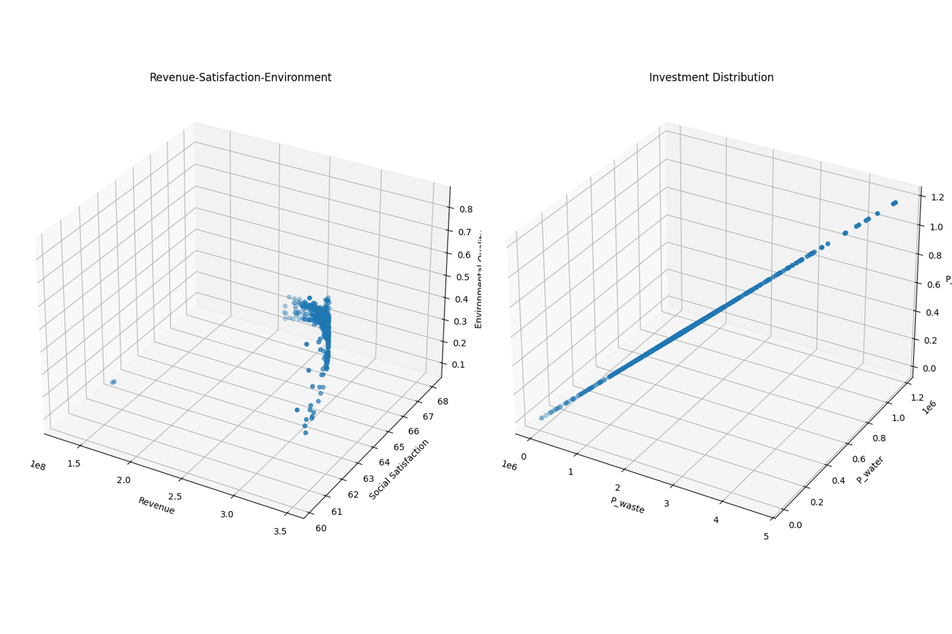
Repository: Kevinye0116/MCM
Script's output: python Coding/trial3s1.py
The author's editor kept a copy of each file at every save. The script's output is drawn from the files as they stood at one save, then again after the next save.
The pictures are shown at 68% of full size.
Each picture stacks the figures in order, with grey between them; figures that are only written to a file come last. Figures wider than 1,400 px are first shrunk to that width. Random numbers start from a fixed seed.

Above is the script's output before, as saved 2025-01-26 09:09:46.

### Coding/trial3s1.py
from typing import List, Tuple

import matplotlib.pyplot as plt
import numpy as np
from mpl_toolkits.mplot3d import Axes3D


class TourismOptimization:
    def __init__(self):
        # 模型系数
        self.k1 = 0.5  # 环保投资效率系数
        self.k2 = 0.3  # 碳排放影响系数
        self.k3 = 0.2  # 自然恢复系数
        self.k4 = 0.15  # 基础设施发展系数
        self.k5 = 0.20  # 废物处理投资系数
        self.k6 = 0.05  # 水资源投资系数
        self.k7 = 0.05  # 环保投资系数

        # 社会满意度参数
        self.a1 = -1.975284171471327e-11  # 游客数量对居民满意度的影响系数
        self.a2 = 4.772497706879391e-05  # 旅游税对游客满意度的影响系数
        self.a3 = 0.015  # 消费水平对游客满意度的影响系数
        self.b1 = 39.266042633247565  # 居民基础满意度
        self.b2 = 60  # 游客基础满意度

        # 约束条件上限
        self.Nt_max = 5000000  # 最大游客数量
        self.tau_max = 7  # 最大旅游税
        self.Pt = 190  # 固定游客消费为常数
        self.Pt_max = 190  # 更新最大游客消费为固定值
        self.CO2_max = 500000  # 最大碳排放量
        self.E = 0  # 最小环境质量指数

        # 其他参数
        self.CO2p = 0.184  # 人均碳排放量

        # 系统动态参数
        self.dt = 0.1  # 时间步长

        # 新增参数
        self.Cwater = 18900000  # 水资源容量
        self.Cwaste = 2549110  # 废物处理容量
        self.a4 = 0.01  # 游客数量对游客满意度的影响系数
        self.b3 = 10  # 废物处理基准增长率

        # 新增影响系数
        self.k8 = 0.1  # 环保投资对碳排放的影响系数
        self.k9 = 0.4  # 废物处理投资对废物处理容量的影响系数
        self.k10 = 0.1  # 水资源投资对水资源容量的影响系数

        # 初始容量
        self.CO2p_initial = 0.184  # 初始人均碳排放量
        self.Cwaste_initial = 2549110  # 初始废物处理容量
        self.Cwater_initial = 18900000  # 初始水资源容量

    def calculate_revenue(self, x: np.ndarray) -> float:
        """计算总收入"""
        Nt, tau_t = x
        return self.Pt * Nt  # 使用固定的Pt值

    def calculate_social_satisfaction(self, x: np.ndarray) -> float:
        """计算社会满意度，确保满意度在0-100范围内"""
        Nt, tau_t = x

        # 居民满意度包含二次项
        S_residents = self.a1 * Nt * Nt + self.a2 * Nt + self.b1
        # 限制居民满意度在0-100范围内
        S_residents = np.clip(S_residents, 0, 100)

        # 游客满意度
        # S_tourists = self.a3 * self.Pt + self.a4 * Nt + self.b2
        # 限制游客满意度在0-100范围内
        # S_tourists = np.clip(S_tourists, 0, 100)

        # 加权平均
        return S_residents

    def calculate_adjusted_capacities(
        self, x: np.ndarray
    ) -> Tuple[float, float, float]:
        """计算投资后的调整容量"""
        P_waste, P_water, P_e = self.calculate_investments(x)

        # 计算调整后的容量
        CO2p_adjusted = self.CO2p_initial - self.k8 * P_e
        Cwaste_adjusted = self.Cwaste_initial - self.k9 * P_waste
        Cwater_adjusted = self.Cwater_initial - self.k10 * P_water

        # 确保容量不会变为负值
        CO2p_adjusted = max(0, CO2p_adjusted)
        Cwaste_adjusted = max(0, Cwaste_adjusted)
        Cwater_adjusted = max(0, Cwater_adjusted)

        return CO2p_adjusted, Cwaste_adjusted, Cwater_adjusted

    def calculate_environmental_quality(self, x: np.ndarray) -> float:
        """计算环境质量指数"""
        Nt, tau_t = x
        CO2p_adj, Cwaste_adj, Cwater_adj = self.calculate_adjusted_capacities(x)

        return (
            self.k1 * CO2p_adj * Nt / self.CO2_max
            + self.k2 * Nt / Cwaste_adj
            + self.k3 * Nt / Cwater_adj
        )

    # def calculate_dCwaste_dt(self, x: np.ndarray) -> float:
    #     """计算废物处理容量的变化率 dCwaste/dt"""
    #     Nt, tau_t = x
    #     Pb = self.k5 * tau_t * Nt  # 基础设施投资
    #     return self.k4 * Pb + self.b3

    def calculate_investments(self, x: np.ndarray) -> Tuple[float, float, float]:
        """计算三种投资金额"""
        Nt, tau_t = x
        Re = self.calculate_revenue(x)  # 总收入
        P_waste = self.k5 * tau_t * Re / 100  # 废物处理投资
        P_water = self.k6 * tau_t * Re / 100  # 水资源投资
        P_e = self.k7 * tau_t * Re / 100  # 环保投资
        return P_waste, P_water, P_e

    def constraints(self, x: np.ndarray) -> List[float]:
        """检查所有约束条件"""
        Nt, tau_t = x
        CO2p_adj, Cwaste_adj, Cwater_adj = self.calculate_adjusted_capacities(x)

        constraints = [
            self.Nt_max - Nt,  # 游客数量上限约束
            self.tau_max - tau_t,  # 旅游税上限约束
            self.CO2_max - Nt * CO2p_adj,  # 使用调整后的碳排放约束
            self.a1 * Nt * Nt + self.a2 * Nt + self.b1 - 60,  # 居民满意度最低要求
            Nt,  # 游客数量非负
            tau_t,  # 旅游税非负
            0.4 - (self.k5 + self.k6 + self.k7),  # 投资系数和的约束
            Cwaste_adj,  # 确保废物处理容量为正
            Cwater_adj,  # 确保水资源容量为正
        ]
        return constraints

    def is_feasible(self, x: np.ndarray) -> bool:
        """检查解是否满足所有约束条件"""
        return all(c >= 0 for c in self.constraints(x))

    def dominates(
        self,
        obj1: Tuple[float, float, float, float, float, float],
        obj2: Tuple[float, float, float, float, float, float],
    ) -> bool:
        """检查obj1是否支配obj2"""
        return (
            all(o1 >= o2 for o1, o2 in zip(obj1[:3], obj2[:3]))
            and all(o1 <= o2 for o1, o2 in zip(obj1[3:], obj2[3:]))
            and (
                any(o1 > o2 for o1, o2 in zip(obj1[:3], obj2[:3]))
                or any(o1 < o2 for o1, o2 in zip(obj1[3:], obj2[3:]))
            )
        )

    def crossover_and_mutate(
        self, parent1: np.ndarray, parent2: np.ndarray
    ) -> np.ndarray:
        """进行交叉和变异操作"""
        # 算术交叉
        alpha = np.random.random()
        child = alpha * parent1 + (1 - alpha) * parent2

        # 变异
        mutation_rate = 0.1
        if np.random.random() < mutation_rate:
            mutation_strength = 0.1
            child += np.random.normal(0, mutation_strength, size=2)

        # 确保在约束范围内
        child[0] = np.clip(child[0], 0, self.Nt_max)
        child[1] = np.clip(child[1], 0, self.tau_max)

        return child

    def pareto_optimization(
        self, population_size: int = 100, generations: int = 50
    ) -> List[np.ndarray]:
        """执行帕累托优化"""
        # 初始化种群
        population = []
        while len(population) < population_size:
            x = np.array(
                [
                    np.random.uniform(0, self.Nt_max),
                    np.random.uniform(0, self.tau_max),
                ]
            )
            if self.is_feasible(x):
                population.append(x)

        pareto_front = []
        for generation in range(generations):
            # 评估当前种群的目标函数值
            objectives = []
            for solution in population:
                if self.is_feasible(solution):
                    obj1 = self.calculate_revenue(solution)
                    obj2 = self.calculate_social_satisfaction(solution)
                    obj3 = self.calculate_environmental_quality(solution)
                    P_waste, P_water, P_e = self.calculate_investments(solution)
                    objectives.append((obj1, obj2, obj3, P_waste, P_water, P_e))
                else:
                    objectives.append(
                        (-np.inf, -np.inf, -np.inf, np.inf, np.inf, np.inf)
                    )

            # 更新帕累托前沿
            for i, solution in enumerate(population):
                if not self.is_feasible(solution):
                    continue
                dominated = False
                for j, other_solution in enumerate(population):
                    if (
                        i != j
                        and self.is_feasible(other_solution)
                        and self.dominates(objectives[j], objectives[i])
                    ):
                        dominated = True
                        break
                if not dominated:
                    pareto_front.append(solution)

            # 生成新种群
            new_population = []
            while len(new_population) < population_size:
                # 锦标赛选择
                tournament = np.random.choice(len(population), 2, replace=False)
                if objectives[tournament[0]][0] > objectives[tournament[1]][0]:
                    parent1 = population[tournament[0]]
                else:
                    parent1 = population[tournament[1]]

                tournament = np.random.choice(len(population), 2, replace=False)
                if objectives[tournament[0]][1] > objectives[tournament[1]][1]:
                    parent2 = population[tournament[0]]
                else:
                    parent2 = population[tournament[1]]

                # 交叉和变异
                child = self.crossover_and_mutate(parent1, parent2)
                if self.is_feasible(child):
                    new_population.append(child)

            population = new_population

        # 移除重复解
        pareto_front = np.unique(pareto_front, axis=0)
        return pareto_front

    def simulate_system(self, x: np.ndarray, time_steps: int = 10) -> List[dict]:
        """模拟系统动态变化"""
        history = []
        current_x = x.copy()

        for t in range(time_steps):
            CO2p_adj, Cwaste_adj, Cwater_adj = self.calculate_adjusted_capacities(
                current_x
            )
            current_E = self.calculate_environmental_quality(current_x)

            state = {
                "t": t * self.dt,
                "Nt": current_x[0],
                "tau_t": current_x[1],
                "Pt": self.Pt,
                "E": current_E,
                "CO2p": CO2p_adj,
                "Cwaste": Cwaste_adj,
                "Cwater": Cwater_adj,
                "Revenue": self.calculate_revenue(current_x),
                "Satisfaction": self.calculate_social_satisfaction(current_x),
            }
            history.append(state)

        return history

    def visualize_pareto_front(self, pareto_front: List[np.ndarray]):
        """可视化帕累托前沿"""
        if len(pareto_front) == 0:
            print("No feasible solutions found!")
            return

        objectives = np.array(
            [
                [
                    self.calculate_revenue(x),
                    self.calculate_social_satisfaction(x),
                    self.calculate_environmental_quality(x),
                    *self.calculate_investments(x),
                ]
                for x in pareto_front
            ]
        )

        # 创建多个子图来显示不同的目标组合
        fig = plt.figure(figsize=(15, 10))

        # 收入-满意度-环境质量
        ax1 = fig.add_subplot(121, projection="3d")
        scatter1 = ax1.scatter(objectives[:, 0], objectives[:, 1], objectives[:, 2])
        ax1.set_xlabel("Revenue")
        ax1.set_ylabel("Social Satisfaction")
        ax1.set_zlabel("Environmental Quality")
        ax1.set_title("Revenue-Satisfaction-Environment")

        # 三种投资的对比
        ax2 = fig.add_subplot(122, projection="3d")
        scatter2 = ax2.scatter(objectives[:, 3], objectives[:, 4], objectives[:, 5])
        ax2.set_xlabel("P_waste")
        ax2.set_ylabel("P_water")
        ax2.set_zlabel("P_e")
        ax2.set_title("Investment Distribution")

        plt.tight_layout()
        plt.show()

    def plot_simulation_results(self, history: List[dict]):
        """绘制模拟结果"""
        t = [state["t"] for state in history]
        Nt = [state["Nt"] for state in history]
        E = [state["E"] for state in history]
        CO2p = [state["CO2p"] for state in history]
        Cwaste = [state["Cwaste"] for state in history]
        Cwater = [state["Cwater"] for state in history]
        Revenue = [state["Revenue"] for state in history]
        Satisfaction = [state["Satisfaction"] for state in history]

        fig, axes = plt.subplots(3, 2, figsize=(15, 15))

        # 游客数量变化
        axes[0, 0].plot(t, Nt)
        axes[0, 0].set_title("Tourist Numbers")
        axes[0, 0].set_xlabel("Time")
        axes[0, 0].set_ylabel("Nt")

        # 环境质量变化
        axes[0, 1].plot(t, E)
        axes[0, 1].set_title("Environmental Quality")
        axes[0, 1].set_xlabel("Time")
        axes[0, 1].set_ylabel("E")

        # 容量变化
        axes[1, 0].plot(t, CO2p, label="CO2p")
        axes[1, 0].plot(t, Cwaste, label="Cwaste")
        axes[1, 0].plot(t, Cwater, label="Cwater")
        axes[1, 0].set_title("Capacity Changes")
        axes[1, 0].set_xlabel("Time")
        axes[1, 0].set_ylabel("Capacity")
        axes[1, 0].legend()

        # 收入和满意度变化
        ax2 = axes[1, 1].twinx()
        (l1,) = axes[1, 1].plot(t, Revenue, "b-", label="Revenue")
        (l2,) = ax2.plot(t, Satisfaction, "r-", label="Satisfaction")
        axes[1, 1].set_xlabel("Time")
        axes[1, 1].set_ylabel("Revenue", color="b")
        ax2.set_ylabel("Satisfaction", color="r")
        axes[1, 1].legend(handles=[l1, l2])

        plt.tight_layout()
        plt.show()


def main():
    # Set random seed for reproducibility
    np.random.seed(42)

    # Create optimizer instance
    optimizer = TourismOptimization()

    # Execute Pareto optimization
    print("Performing Pareto optimization...")
    pareto_front = optimizer.pareto_optimization(population_size=100, generations=50)

    # Visualize Pareto front
    print(f"Found {len(pareto_front)} Pareto optimal solutions")
    optimizer.visualize_pareto_front(pareto_front)

    # Print all Pareto optimal solutions
    print("\nAll Pareto optimal solutions:")
    for i, solution in enumerate(pareto_front, 1):
        P_waste, P_water, P_e = optimizer.calculate_investments(solution)
        print(f"\nSolution {i}:")
        print(f"Tourist Numbers: {solution[0]:.0f}")
        print(f"Tourism Tax: {solution[1]:.2f}")
        print(f"Tourist Consumption: {optimizer.Pt:.2f}")
        print(f"Expected Revenue: {optimizer.calculate_revenue(solution):.2f}")
        print(
            f"Social Satisfaction: {optimizer.calculate_social_satisfaction(solution):.2f}"
        )
        print(
            f"Environmental Quality: {optimizer.calculate_environmental_quality(solution):.2f}"
        )
        print(f"Waste Treatment Investment: {P_waste:.2f}")
        print(f"Water Resource Investment: {P_water:.2f}")
        print(f"Environmental Investment: {P_e:.2f}")

    # Select an example solution for system dynamics simulation
    # if len(pareto_front) > 0:
    #     # Choose the solution with highest revenue as example
    #     example_solution = max(
    #         pareto_front, key=lambda x: optimizer.calculate_revenue(x)
    #     )

    #     print("\nSelected example solution (highest revenue):")
    #     print(f"Tourist Numbers: {example_solution[0]:.0f}")
    #     print(f"Tourism Tax: {example_solution[1]:.2f}")
    #     print(f"Tourist Consumption: {example_solution[2]:.2f}")
    #     print(f"Expected Revenue: {optimizer.calculate_revenue(example_solution):.2f}")
    #     print(
    #         f"Social Satisfaction: {optimizer.calculate_social_satisfaction(example_solution):.2f}"
    #     )
    #     print(
    #         f"Environmental Quality: {optimizer.calculate_environmental_quality(example_solution):.2f}"
    #     )

    #     # Simulate system dynamics
    #     # print("\nSimulating system dynamics...")
    #     history = optimizer.simulate_system(example_solution, time_steps=50)

    #     # Visualize simulation results
    #     # optimizer.plot_simulation_results(history)
    # else:
    #     print("No feasible solutions found!")


if __name__ == "__main__":
    main()

After the next save:
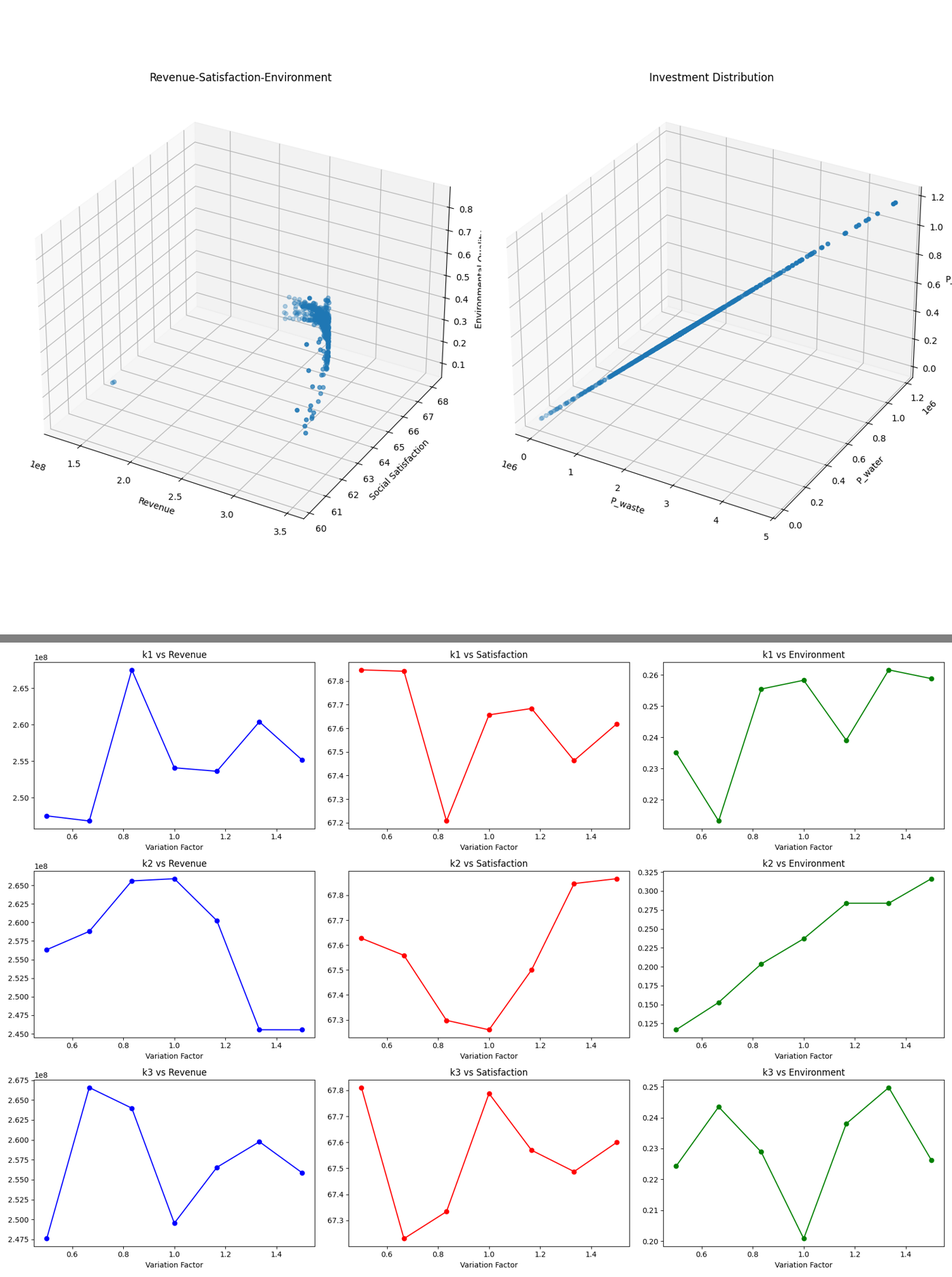
Saved 1 s later.
--- a/Coding/trial3s1.py
+++ b/Coding/trial3s1.py
@@ -364,6 +364,68 @@ class TourismOptimization:
         plt.tight_layout()
         plt.show()
 
+    def sensitivity_analysis(self, parameter_names: List[str], variations: int = 5):
+        """执行敏感性分析"""
+        fig, axes = plt.subplots(
+            len(parameter_names), 3, figsize=(18, len(parameter_names) * 4)
+        )
+        if len(parameter_names) == 1:
+            axes = [axes]  # 确保单参数时的维度一致性
+
+        base_parameters = {name: getattr(self, name) for name in parameter_names}
+
+        for idx, param_name in enumerate(parameter_names):
+            original_value = getattr(self, param_name)
+            variations_values = np.linspace(
+                0.5 * original_value, 1.5 * original_value, variations
+            )
+
+            revenues = []
+            satisfactions = []
+            environments = []
+
+            for val in variations_values:
+                setattr(self, param_name, val)
+                pareto_front = self.pareto_optimization(
+                    population_size=50, generations=20
+                )
+                if len(pareto_front) > 0:
+                    obj_values = np.array(
+                        [
+                            [
+                                self.calculate_revenue(x),
+                                self.calculate_social_satisfaction(x),
+                                self.calculate_environmental_quality(x),
+                            ]
+                            for x in pareto_front
+                        ]
+                    )
+                    revenues.append(obj_values[:, 0].mean())
+                    satisfactions.append(obj_values[:, 1].mean())
+                    environments.append(obj_values[:, 2].mean())
+                else:
+                    revenues.append(0)
+                    satisfactions.append(0)
+                    environments.append(0)
+
+                setattr(self, param_name, original_value)  # 恢复原始值
+
+            # 绘制敏感性分析结果
+            axes[idx][0].plot(variations_values / original_value, revenues, "bo-")
+            axes[idx][0].set_title(f"{param_name} vs Revenue")
+            axes[idx][0].set_xlabel("Variation Factor")
+
+            axes[idx][1].plot(variations_values / original_value, satisfactions, "ro-")
+            axes[idx][1].set_title(f"{param_name} vs Satisfaction")
+            axes[idx][1].set_xlabel("Variation Factor")
+
+            axes[idx][2].plot(variations_values / original_value, environments, "go-")
+            axes[idx][2].set_title(f"{param_name} vs Environment")
+            axes[idx][2].set_xlabel("Variation Factor")
+
+        plt.tight_layout()
+        plt.show()
+
 
 def main():
     # Set random seed for reproducibility
@@ -399,33 +461,13 @@ def main():
         print(f"Water Resource Investment: {P_water:.2f}")
         print(f"Environmental Investment: {P_e:.2f}")
 
-    # Select an example solution for system dynamics simulation
-    # if len(pareto_front) > 0:
-    #     # Choose the solution with highest revenue as example
-    #     example_solution = max(
-    #         pareto_front, key=lambda x: optimizer.calculate_revenue(x)
-    #     )
-
-    #     print("\nSelected example solution (highest revenue):")
-    #     print(f"Tourist Numbers: {example_solution[0]:.0f}")
-    #     print(f"Tourism Tax: {example_solution[1]:.2f}")
-    #     print(f"Tourist Consumption: {example_solution[2]:.2f}")
-    #     print(f"Expected Revenue: {optimizer.calculate_revenue(example_solution):.2f}")
-    #     print(
-    #         f"Social Satisfaction: {optimizer.calculate_social_satisfaction(example_solution):.2f}"
-    #     )
-    #     print(
-    #         f"Environmental Quality: {optimizer.calculate_environmental_quality(example_solution):.2f}"
-    #     )
-
-    #     # Simulate system dynamics
-    #     # print("\nSimulating system dynamics...")
-    #     history = optimizer.simulate_system(example_solution, time_steps=50)
-
-    #     # Visualize simulation results
-    #     # optimizer.plot_simulation_results(history)
-    # else:
-    #     print("No feasible solutions found!")
+    # Perform sensitivity analysis
+    print("\nPerforming sensitivity analysis...")
+    analyzer = TourismOptimization()
+    parameters_to_analyze = ["k1", "k2", "k3", "k5", "k6", "k7", "Nt_max", "tau_max"]
+    analyzer.sensitivity_analysis(
+        parameters_to_analyze[:3], variations=7
+    )  # 示例分析前3个参数
 
 
 if __name__ == "__main__":
